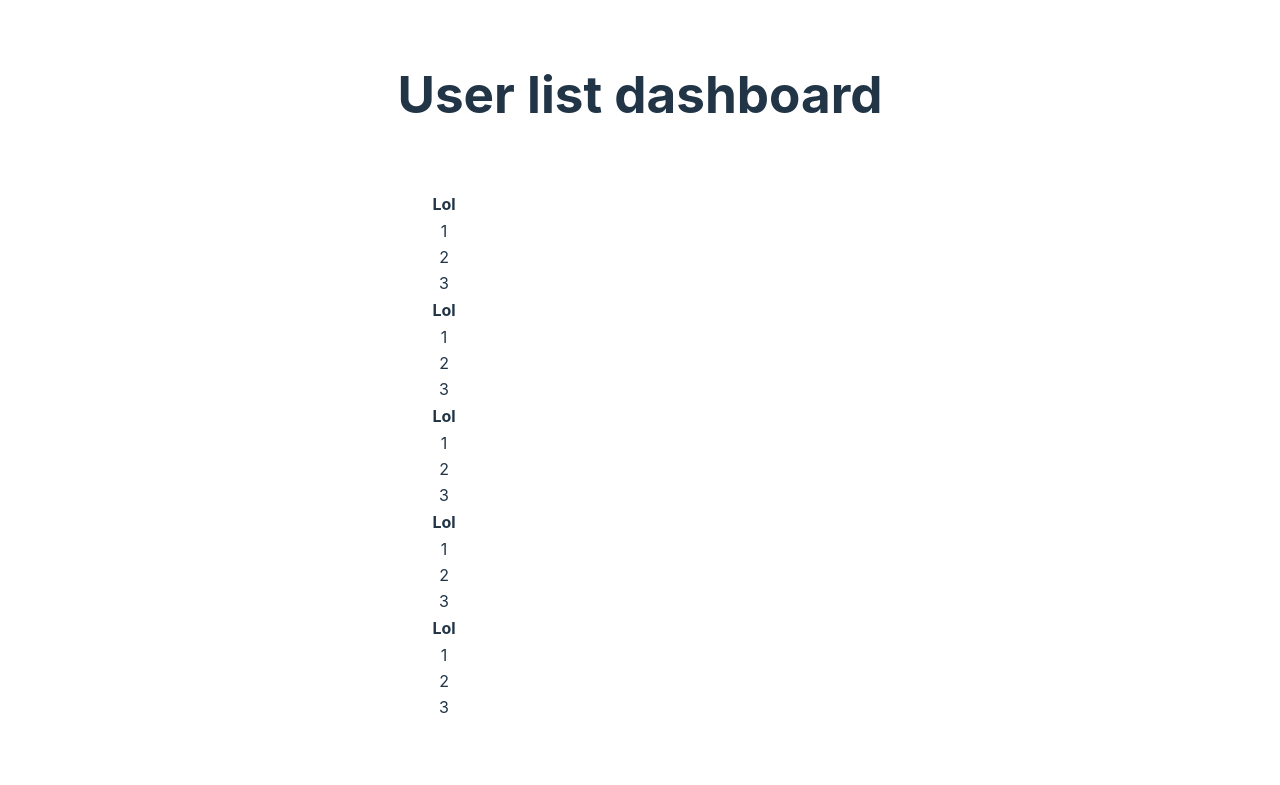
Repository: atzin-escandia/react-typescript-users-dashboard
Page: /
These files come from the project's save history. The page is drawn as it stood at one moment and after the next save; the edit follows.
The browser window is 1280 px wide. The pictures show the whole page.
The page's requests for data from a server got no answer. The project was rebuilt for these pictures with package versions that can differ from the ones it lists, and the page was loaded fresh each time. No one was signed in, and anything a server would have sent is missing. Also part of the build but not shown: vite.config.ts.

Above is the page before, as saved 2023-10-08 21:00:57.

### src/App.tsx
import { useEffect, useState } from "react";
import "./App.css";
import UsersList from "./components/UsersList";

const API_URL = "https://randomuser.me/api/?results=10";
function App() {
  const [users, setUsers] = useState([]);

  useEffect(() => {
    fetch(API_URL)
      .then((res) => res.json())
      .then((res) => setUsers(res.results));
  }, []);

  return (
    <>
      <h1>User list dashboard</h1>
      <section className="card">
        <UsersList users={users}></UsersList>
      </section>
    </>
  );
}

export default App;

### src/components/UsersList.tsx
const UsersList = () => {
  return (
    <div>
      <table>
        <th>Lol</th>
        <tr>1</tr>
        <tr>2</tr>
        <tr>3</tr> <th>Lol</th>
        <tr>1</tr>
        <tr>2</tr>
        <tr>3</tr> <th>Lol</th>
        <tr>1</tr>
        <tr>2</tr>
        <tr>3</tr> <th>Lol</th>
        <tr>1</tr>
        <tr>2</tr>
        <tr>3</tr> <th>Lol</th>
        <tr>1</tr>
        <tr>2</tr>
        <tr>3</tr>
      </table>
    </div>
  );
};

export default UsersList;

Loaded but not shown: index.html (common file); src/main.tsx (common file); src/index.css (common file); src/App.css (common file)

After the next save:
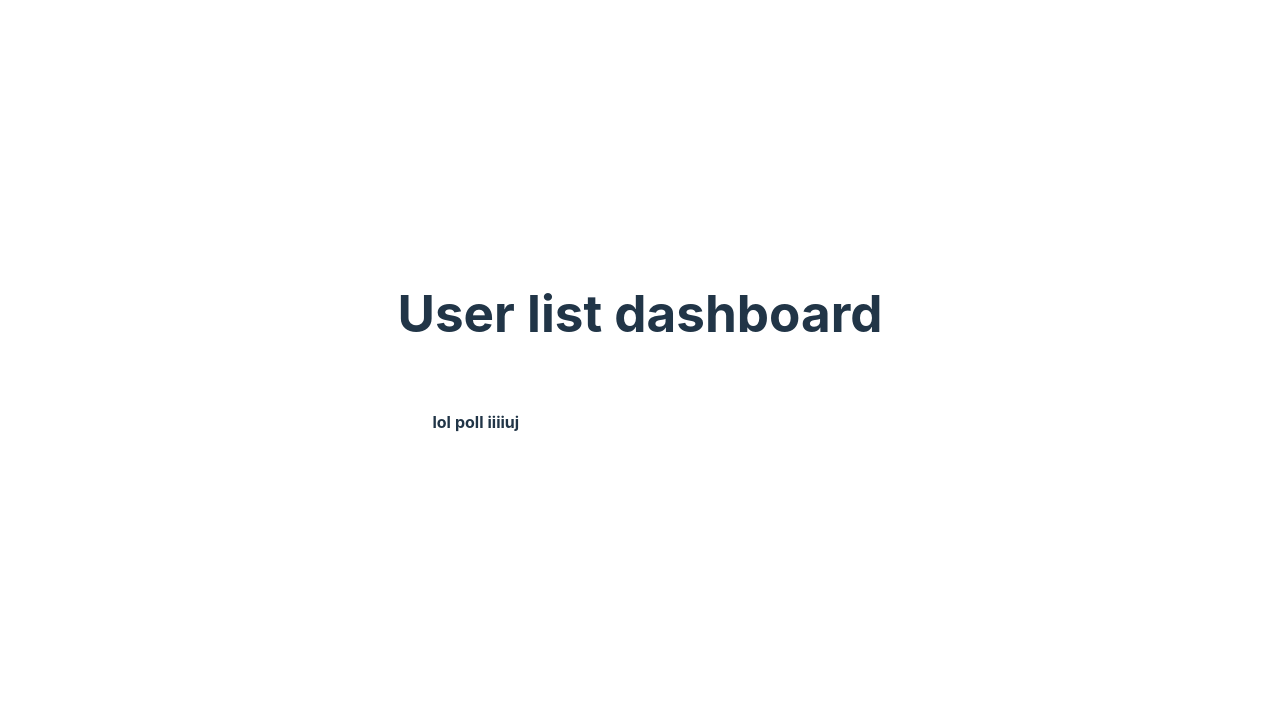
Saved 49 s later.
--- a/src/components/UsersList.tsx
+++ b/src/components/UsersList.tsx
@@ -2,22 +2,11 @@
   return (
     <div>
       <table>
-        <th>Lol</th>
-        <tr>1</tr>
-        <tr>2</tr>
-        <tr>3</tr> <th>Lol</th>
-        <tr>1</tr>
-        <tr>2</tr>
-        <tr>3</tr> <th>Lol</th>
-        <tr>1</tr>
-        <tr>2</tr>
-        <tr>3</tr> <th>Lol</th>
-        <tr>1</tr>
-        <tr>2</tr>
-        <tr>3</tr> <th>Lol</th>
-        <tr>1</tr>
-        <tr>2</tr>
-        <tr>3</tr>
+        <tr>
+          <th>lol</th>
+          <th>poll</th>
+          <th>iiiiuj</th>
+        </tr>
       </table>
     </div>
   );
